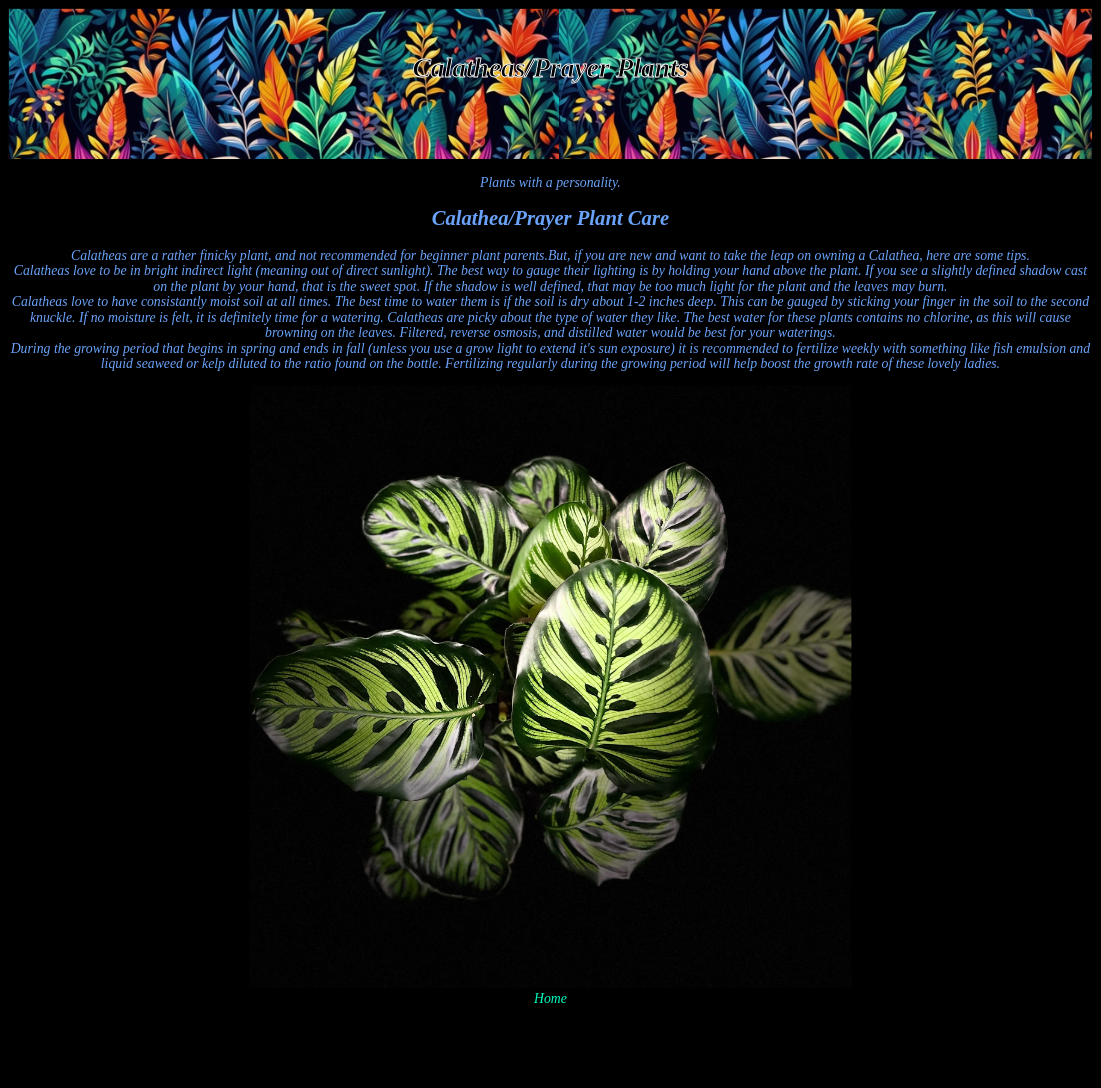
Repository: swillis91/odin-recipies
Page: Planty Page/calatheas.html
An editor plug-in stored every save of this project. The page is shown before and after the next save, followed by the edit.
The browser window is 1280 px wide. The pictures show the whole page, at 86% of full size.

Above is the page before, as saved 2023-08-11 23:20:03.

After the next save:
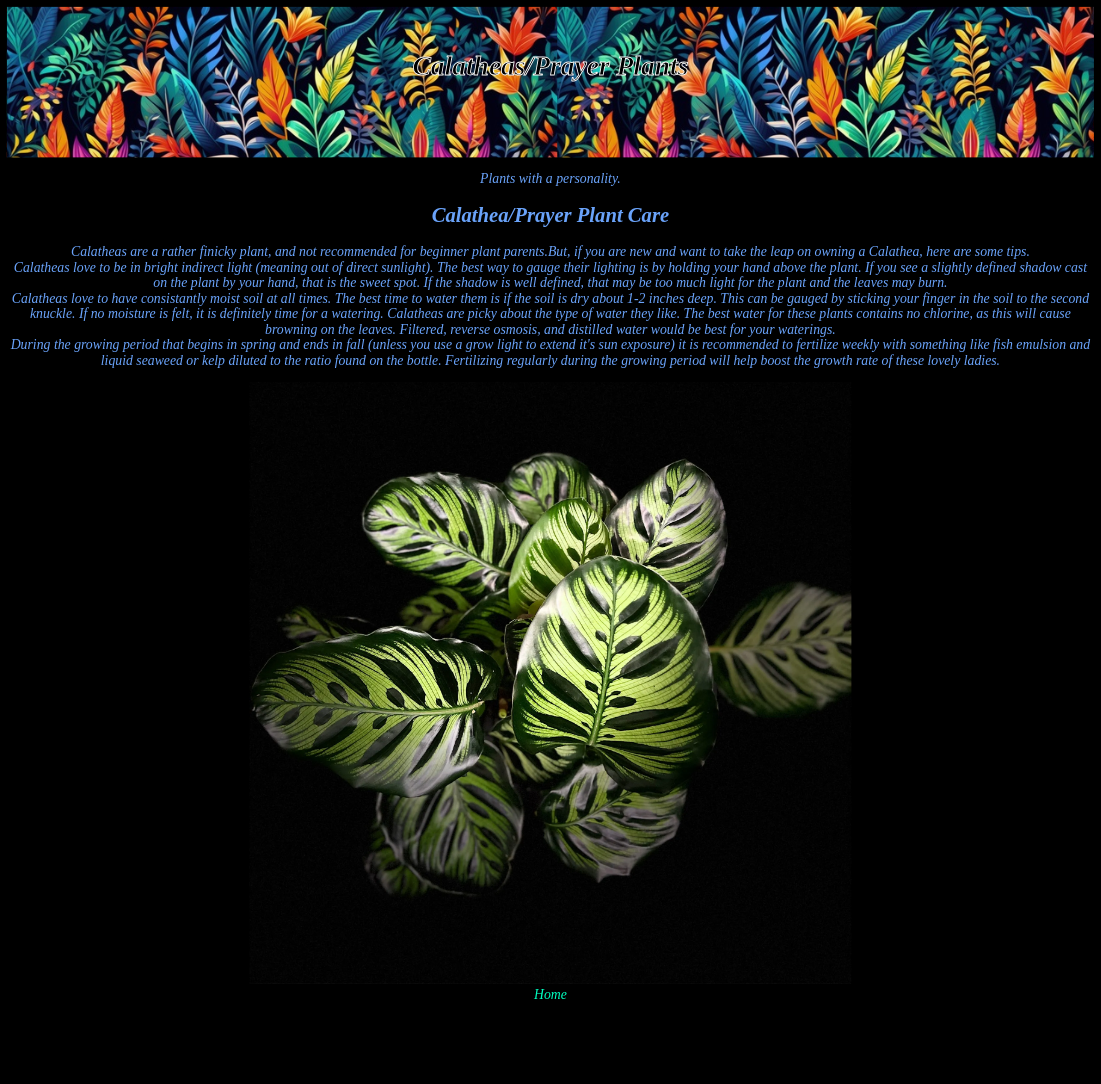
Saved 18 s later.
--- a/Planty Page/style.css
+++ b/Planty Page/style.css
@@ -10,6 +10,7 @@
     color: rgb(255, 255, 255);
     -webkit-text-fill-color: black;
     -webkit-text-stroke-width: 1px;
+    -webkit-text-strole-color:
     border: 2px solid rgb(0, 3, 3);
     background-image: url('Images/banner.jpg');
     height: 75px;

After the save that followed:
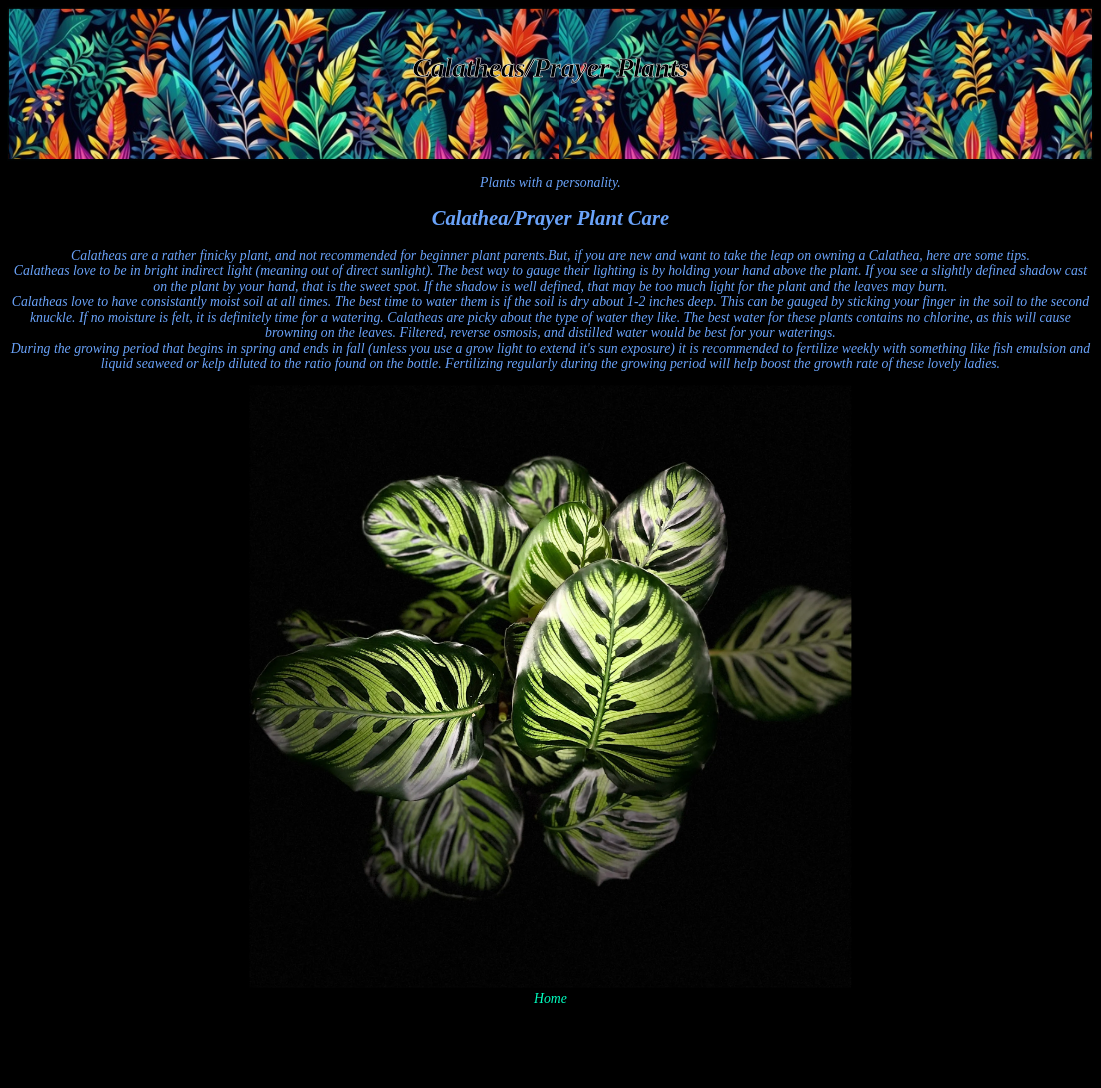
Saved 50 s later.
--- a/Planty Page/style.css
+++ b/Planty Page/style.css
@@ -9,8 +9,8 @@
 .heading{
     color: rgb(255, 255, 255);
     -webkit-text-fill-color: black;
-    -webkit-text-stroke-width: 1px;
-    -webkit-text-strole-color:
+    -webkit-text-stroke-width: .02em;
+    -webkit-text-strole-color: white;
     border: 2px solid rgb(0, 3, 3);
     background-image: url('Images/banner.jpg');
     height: 75px;
